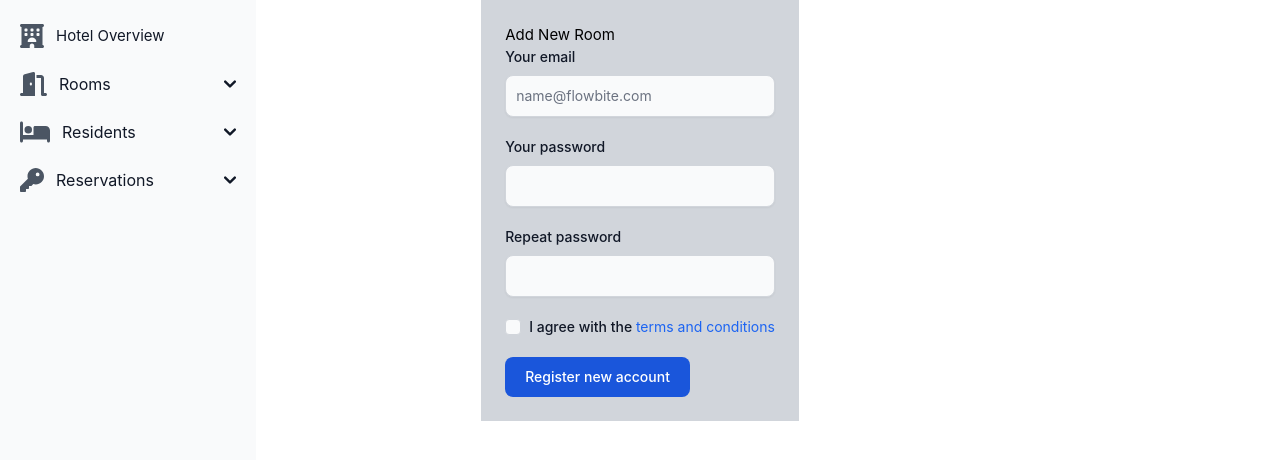
Repository: aggepap/hotelReservationsProj
Page: /rooms/add (app in admin-panel/)
An editor plug-in stored every save of this project. The page is shown before and after the next save, followed by the edit.
The browser window is 1280 px wide. The pictures show the whole page.
The project was rebuilt for these pictures with package versions that can differ from the ones it lists, and the page was loaded fresh each time. Also part of the build but not shown: admin-panel/vite.config.ts, admin-panel/src/views/HomeView.vue.

Above is the page before, as saved 2025-01-19 15:49:42.

### admin-panel/index.html
<!DOCTYPE html>
<html lang="">
  <head>
    <meta charset="UTF-8" />
    <link rel="icon" href="/favicon.ico" />
    <meta name="viewport" content="width=device-width, initial-scale=1.0" />
    <title>Vite App</title>
  </head>
  <body>
    <div id="app"></div>
    <script type="module" src="/src/main.ts"></script>
  </body>
</html>

### admin-panel/src/main.ts
import "./assets/main.css";
import "primeicons/primeicons.css";
import "flowbite";

import { createApp } from "vue";
import App from "./App.vue";
import router from "./router";

const app = createApp(App);

app.use(router);

app.mount("#app");

### admin-panel/src/assets/main.css
@import "./base.css";
@tailwind base;
@tailwind components;
@tailwind utilities;

### admin-panel/src/App.vue
<script setup lang="ts">
import { RouterLink, RouterView } from "vue-router";
import { FontAwesomeIcon } from "@fortawesome/vue-fontawesome";
import { faDoorOpen } from "@fortawesome/free-solid-svg-icons";
import { faHotel } from "@fortawesome/free-solid-svg-icons";
import { faBed } from "@fortawesome/free-solid-svg-icons";
import { faKey } from "@fortawesome/free-solid-svg-icons";
</script>

<template>
  <button
    data-drawer-target="sidebar-multi-level-sidebar"
    data-drawer-toggle="sidebar-multi-level-sidebar"
    aria-controls="sidebar-multi-level-sidebar"
    type="button"
    class="inline-flex items-center p-2 mt-2 ms-3 text-sm text-gray-500 rounded-lg sm:hidden hover:bg-gray-100 focus:outline-none focus:ring-2 focus:ring-gray-200 dark:text-gray-400 dark:hover:bg-gray-700 dark:focus:ring-gray-600"
  >
    <span class="sr-only">Open sidebar</span>
    <svg
      class="w-6 h-6"
      aria-hidden="true"
      fill="currentColor"
      viewBox="0 0 20 20"
      xmlns="http://www.w3.org/2000/svg"
    >
      <path
        clip-rule="evenodd"
        fill-rule="evenodd"
        d="M2 4.75A.75.75 0 012.75 4h14.5a.75.75 0 010 1.5H2.75A.75.75 0 012 4.75zm0 10.5a.75.75 0 01.75-.75h7.5a.75.75 0 010 1.5h-7.5a.75.75 0 01-.75-.75zM2 10a.75.75 0 01.75-.75h14.5a.75.75 0 010 1.5H2.75A.75.75 0 012 10z"
      ></path>
    </svg>
  </button>
  <section class="flex flex-row justify-between items-center">
    <aside
      id="sidebar-multi-level-sidebar"
      class="fixed top-0 left-0 z-40 w-64 h-screen transition-transform -translate-x-full sm:translate-x-0"
      aria-label="Sidebar"
    >
      <div class="h-full px-3 py-4 overflow-y-auto bg-gray-50 dark:bg-gray-800">
        <ul class="space-y-2 font-medium">
          <li>
            <a
              href="#"
              class="flex items-center p-2 text-gray-900 rounded-lg dark:text-white hover:bg-gray-100 dark:hover:bg-gray-700 group"
            >
              <FontAwesomeIcon class="text-gray-600 text-2xl" :icon="faHotel" />
              <span class="ms-3">Hotel Overview</span>
            </a>
          </li>
          <li>
            <button
              type="button"
              class="flex items-center w-full p-2 text-base text-gray-900 transition duration-75 rounded-lg group hover:bg-gray-100 dark:text-white dark:hover:bg-gray-700"
              aria-controls="dropdown-rooms"
              data-collapse-toggle="dropdown-rooms"
            >
              <FontAwesomeIcon
                class="text-gray-600 text-2xl"
                :icon="faDoorOpen"
              />

              <span
                class="flex-1 ms-3 text-left rtl:text-right whitespace-nowrap"
                >Rooms</span
              >
              <svg
                class="w-3 h-3"
                aria-hidden="true"
                xmlns="http://www.w3.org/2000/svg"
                fill="none"
                viewBox="0 0 10 6"
              >
                <path
                  stroke="currentColor"
                  stroke-linecap="round"
                  stroke-linejoin="round"
                  stroke-width="2"
                  d="m1 1 4 4 4-4"
                />
              </svg>
            </button>
            <ul id="dropdown-rooms" class="hidden py-2 space-y-2">
              <li>
                <RouterLink
                  to="/rooms/add"
                  class="flex justify-start gap-2 items-start w-full p-2 text-gray-900 transition duration-75 rounded-lg pl-11 group hover:bg-gray-100 dark:text-white dark:hover:bg-gray-700"
                >
                  <i class="pi pi-plus pt-1"></i> Add new Room</RouterLink
                >
              </li>
            </ul>
          </li>
          <li>
            <button
              type="button"
              class="flex items-center w-full p-2 text-base text-gray-900 transition duration-75 rounded-lg group hover:bg-gray-100 dark:text-white dark:hover:bg-gray-700"
              aria-controls="dropdown-residents"
              data-collapse-toggle="dropdown-residents"
            >
              <FontAwesomeIcon class="text-gray-600 text-2xl" :icon="faBed" />

              <span
                class="flex-1 ms-3 text-left rtl:text-right whitespace-nowrap"
                >Residents</span
              >
              <svg
                class="w-3 h-3"
                aria-hidden="true"
                xmlns="http://www.w3.org/2000/svg"
                fill="none"
                viewBox="0 0 10 6"
              >
                <path
                  stroke="currentColor"
                  stroke-linecap="round"
                  stroke-linejoin="round"
                  stroke-width="2"
                  d="m1 1 4 4 4-4"
                />
              </svg>
            </button>
            <ul id="dropdown-residents" class="hidden py-2 space-y-2">
              <li>
                <a
                  href="#"
                  class="flex justify-start gap-2 items-start w-full p-2 text-gray-900 transition duration-75 rounded-lg pl-11 group hover:bg-gray-100 dark:text-white dark:hover:bg-gray-700"
                >
                  <i class="pi pi-plus pt-1"></i> Add a Resident</a
                >
              </li>
            </ul>
          </li>
          <li>
            <button
              type="button"
              class="flex items-center w-full p-2 text-base text-gray-900 transition duration-75 rounded-lg group hover:bg-gray-100 dark:text-white dark:hover:bg-gray-700"
              aria-controls="dropdown-reservations"
              data-collapse-toggle="dropdown-reservations"
            >
              <FontAwesomeIcon class="text-gray-600 text-2xl" :icon="faKey" />

              <span
                class="flex-1 ms-3 text-left rtl:text-right whitespace-nowrap"
                >Reservations</span
              >
              <svg
                class="w-3 h-3"
                aria-hidden="true"
                xmlns="http://www.w3.org/2000/svg"
                fill="none"
                viewBox="0 0 10 6"
              >
                <path
                  stroke="currentColor"
                  stroke-linecap="round"
                  stroke-linejoin="round"
                  stroke-width="2"
                  d="m1 1 4 4 4-4"
                />
              </svg>
            </button>
            <ul id="dropdown-reservations" class="hidden py-2 space-y-2">
              <li>
                <a
                  href="#"
                  class="flex justify-start gap-2 items-start w-full p-2 text-gray-900 transition duration-75 rounded-lg pl-11 group hover:bg-gray-100 dark:text-white dark:hover:bg-gray-700"
                >
                  <i class="pi pi-plus pt-1"></i> Add a Reservation</a
                >
              </li>
            </ul>
          </li>
        </ul>
      </div>
    </aside>

    <main class="flex items-start h-screen mx-auto w-[full - w-64]">
      <div class="mx-auto md:p-6 bg-gray-300 pt-12">
        <RouterView />
      </div>
    </main>
  </section>
</template>

### admin-panel/src/router/index.ts
import { createRouter, createWebHistory } from "vue-router";
import HomeView from "../views/HomeView.vue";
import AddRoomView from "@/views/roomviews/AddRoomView.vue";

const router = createRouter({
  history: createWebHistory(import.meta.env.BASE_URL),
  routes: [
    {
      path: "/",
      name: "home",
      component: HomeView,
    },
    {
      path: "/rooms/add",
      name: "addRoom",
      component: AddRoomView,
    },
    {
      path: "/about",
      name: "about",
      // route level code-splitting
      // this generates a separate chunk (About.[hash].js) for this route
      // which is lazy-loaded when the route is visited.
      component: () => import("../views/AboutView.vue"),
    },
  ],
});

export default router;

### admin-panel/src/views/roomviews/AddRoomView.vue
<script setup></script>

<template>
  <h2 class="text-black">Add New Room</h2>
  <form class="max-w-sm mx-auto">
    <div class="mb-5">
      <label
        for="email"
        class="block mb-2 text-sm font-medium text-gray-900 dark:text-white"
        >Your email</label
      >
      <input
        type="email"
        id="email"
        class="shadow-sm bg-gray-50 border border-gray-300 text-gray-900 text-sm rounded-lg focus:ring-blue-500 focus:border-blue-500 block w-full p-2.5 dark:bg-gray-700 dark:border-gray-600 dark:placeholder-gray-400 dark:text-white dark:focus:ring-blue-500 dark:focus:border-blue-500 dark:shadow-sm-light"
        placeholder="name@flowbite.com"
        required
      />
    </div>
    <div class="mb-5">
      <label
        for="password"
        class="block mb-2 text-sm font-medium text-gray-900 dark:text-white"
        >Your password</label
      >
      <input
        type="password"
        id="password"
        class="shadow-sm bg-gray-50 border border-gray-300 text-gray-900 text-sm rounded-lg focus:ring-blue-500 focus:border-blue-500 block w-full p-2.5 dark:bg-gray-700 dark:border-gray-600 dark:placeholder-gray-400 dark:text-white dark:focus:ring-blue-500 dark:focus:border-blue-500 dark:shadow-sm-light"
        required
      />
    </div>
    <div class="mb-5">
      <label
        for="repeat-password"
        class="block mb-2 text-sm font-medium text-gray-900 dark:text-white"
        >Repeat password</label
      >
      <input
        type="password"
        id="repeat-password"
        class="shadow-sm bg-gray-50 border border-gray-300 text-gray-900 text-sm rounded-lg focus:ring-blue-500 focus:border-blue-500 block w-full p-2.5 dark:bg-gray-700 dark:border-gray-600 dark:placeholder-gray-400 dark:text-white dark:focus:ring-blue-500 dark:focus:border-blue-500 dark:shadow-sm-light"
        required
      />
    </div>
    <div class="flex items-start mb-5">
      <div class="flex items-center h-5">
        <input
          id="terms"
          type="checkbox"
          value=""
          class="w-4 h-4 border border-gray-300 rounded bg-gray-50 focus:ring-3 focus:ring-blue-300 dark:bg-gray-700 dark:border-gray-600 dark:focus:ring-blue-600 dark:ring-offset-gray-800 dark:focus:ring-offset-gray-800"
          required
        />
      </div>
      <label
        for="terms"
        class="ms-2 text-sm font-medium text-gray-900 dark:text-gray-300"
        >I agree with the
        <a href="#" class="text-blue-600 hover:underline dark:text-blue-500"
          >terms and conditions</a
        ></label
      >
    </div>
    <button
      type="submit"
      class="text-white bg-blue-700 hover:bg-blue-800 focus:ring-4 focus:outline-none focus:ring-blue-300 font-medium rounded-lg text-sm px-5 py-2.5 text-center dark:bg-blue-600 dark:hover:bg-blue-700 dark:focus:ring-blue-800"
    >
      Register new account
    </button>
  </form>
</template>

### admin-panel/tailwind.config.js
/** @type {import('tailwindcss').Config} */
export default {
  content: [
    "./index.html",
    "./src/**/*.{vue,js,ts,jsx,tsx}",
    "./node_modules/flowbite/**/*.js",
  ],
  theme: {
    extend: {},
  },
  plugins: [require("flowbite/plugin")],
};

Loaded but not shown: admin-panel/src/assets/base.css (common file)

After the next save:
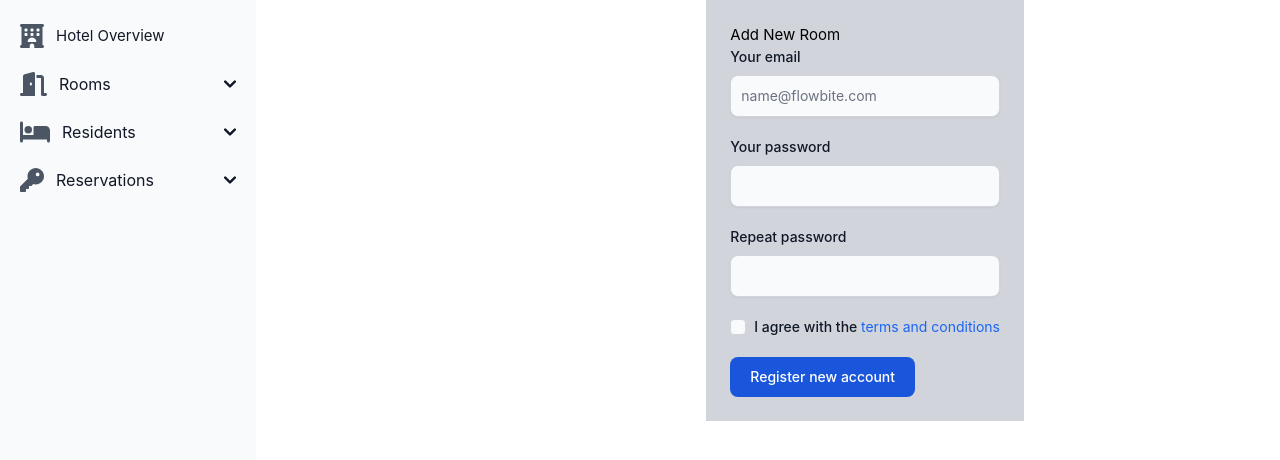
Saved 20 s later.
--- a/admin-panel/src/App.vue
+++ b/admin-panel/src/App.vue
@@ -174,7 +174,7 @@ import { faKey } from "@fortawesome/free-solid-svg-icons";
       </div>
     </aside>
 
-    <main class="flex items-start h-screen mx-auto w-[full - w-64]">
+    <main class="flex items-start h-screen mx-auto mr-64">
       <div class="mx-auto md:p-6 bg-gray-300 pt-12">
         <RouterView />
       </div>
